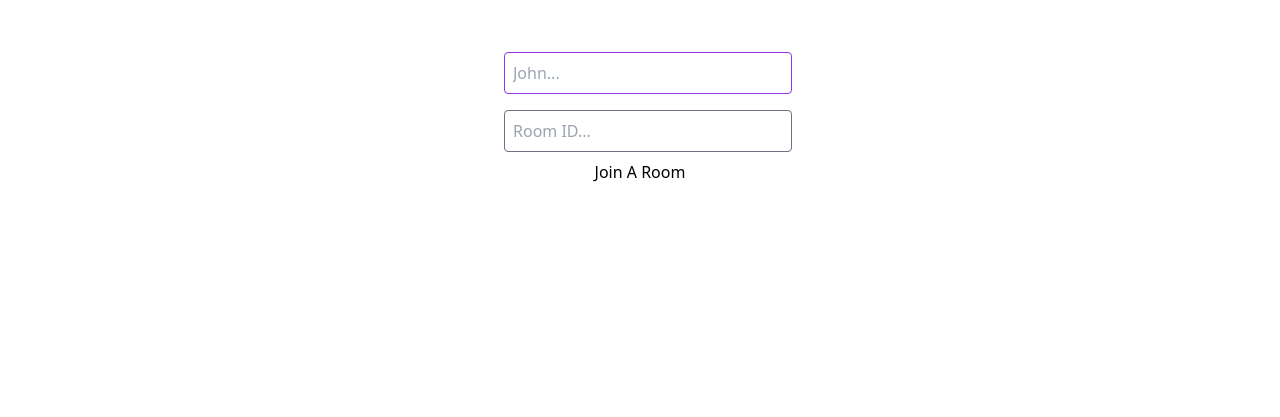
Repository: GabrielMorring/tictactoe
Page: /
An editor plug-in stored every save of this project. The page is shown before and after the next save, followed by the edit.
The browser window is 1280 px wide. The pictures show the whole page.
The page's requests for data from a server got no answer. The project was rebuilt for these pictures with package versions that can differ from the ones it lists, and the page was loaded fresh each time. No one was signed in, and anything a server would have sent is missing. Also part of the build but not shown: src/components/Square.jsx, src/components/Board.jsx.

Above is the page before, as saved 2022-06-20 10:20:50.

After the next save:
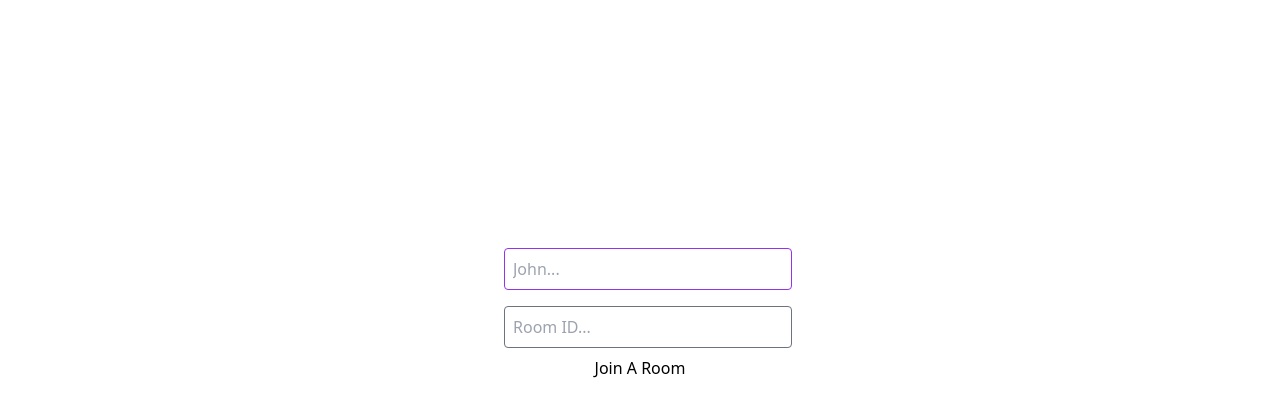
Saved 37 s later.
--- a/src/App.js
+++ b/src/App.js
@@ -23,7 +23,7 @@ function App() {
       {showBoard ? (
         <Board socket={socket} userName={userName} room={room} />
       ) : (
-        <div className="flex flex-col w-72 mx-auto my-11">
+        <div className="flex flex-col w-72 mx-auto my-60">
           <input
             className="w-full p-2 m-2 border border-purple-600 rounded"
             type="text"
